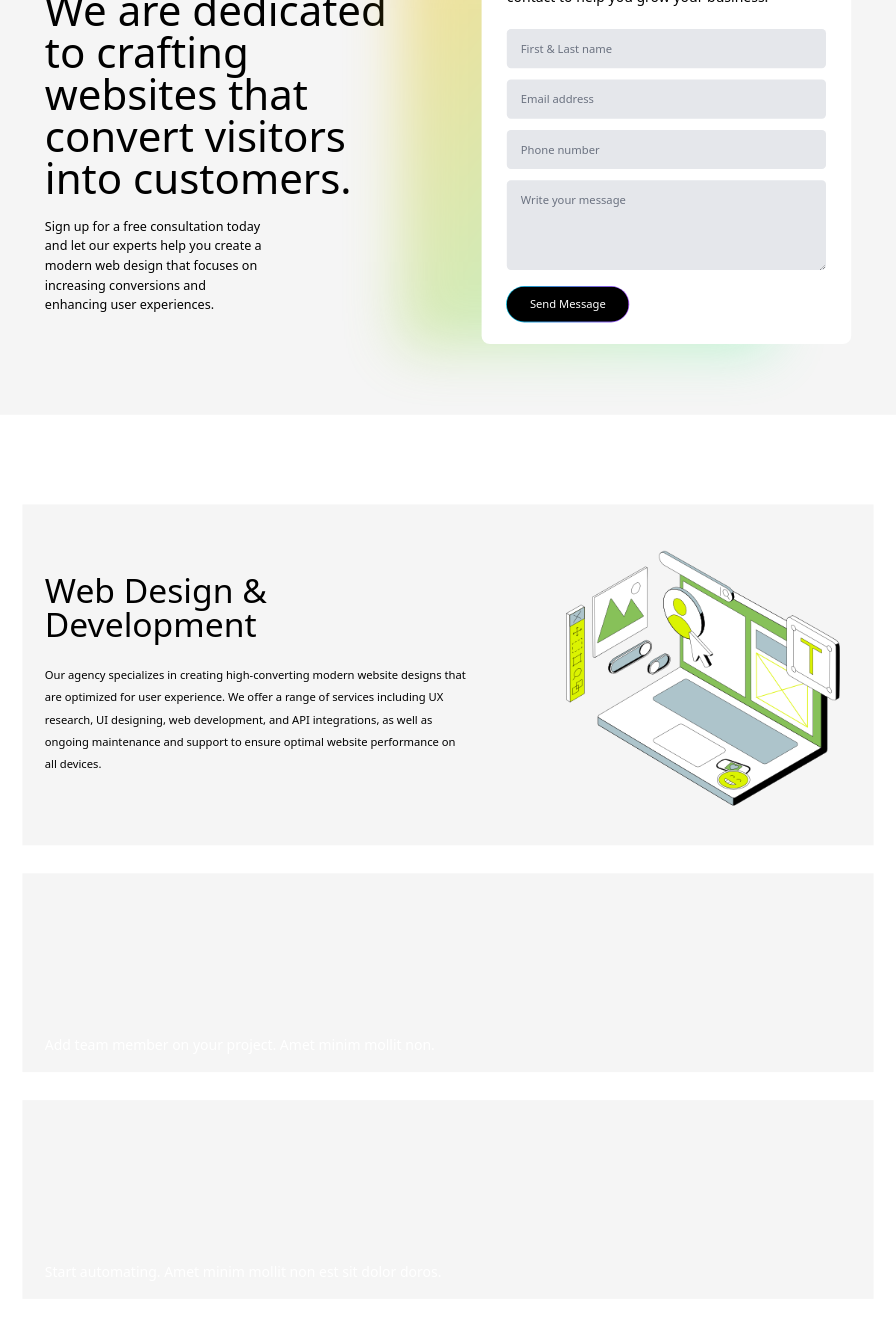
Repository: ornelasedward/mired_website
Page: /
An editor plug-in stored every save of this project. The page is shown before and after the next save, followed by the edit.
The browser window is 1280 px wide. The pictures show the part of the page from y = 1441 to 3361 px (the page is 3425 px tall), at 70% of full size.
The project was rebuilt for these pictures with package versions that can differ from the ones it lists, and the page was loaded fresh each time. The framework's server and built-in components were replaced by stand-ins that run in the browser. Also part of the build but not shown: next.config.js.

Above is the page before, as saved 2023-03-28 20:14:07.

After the next save:
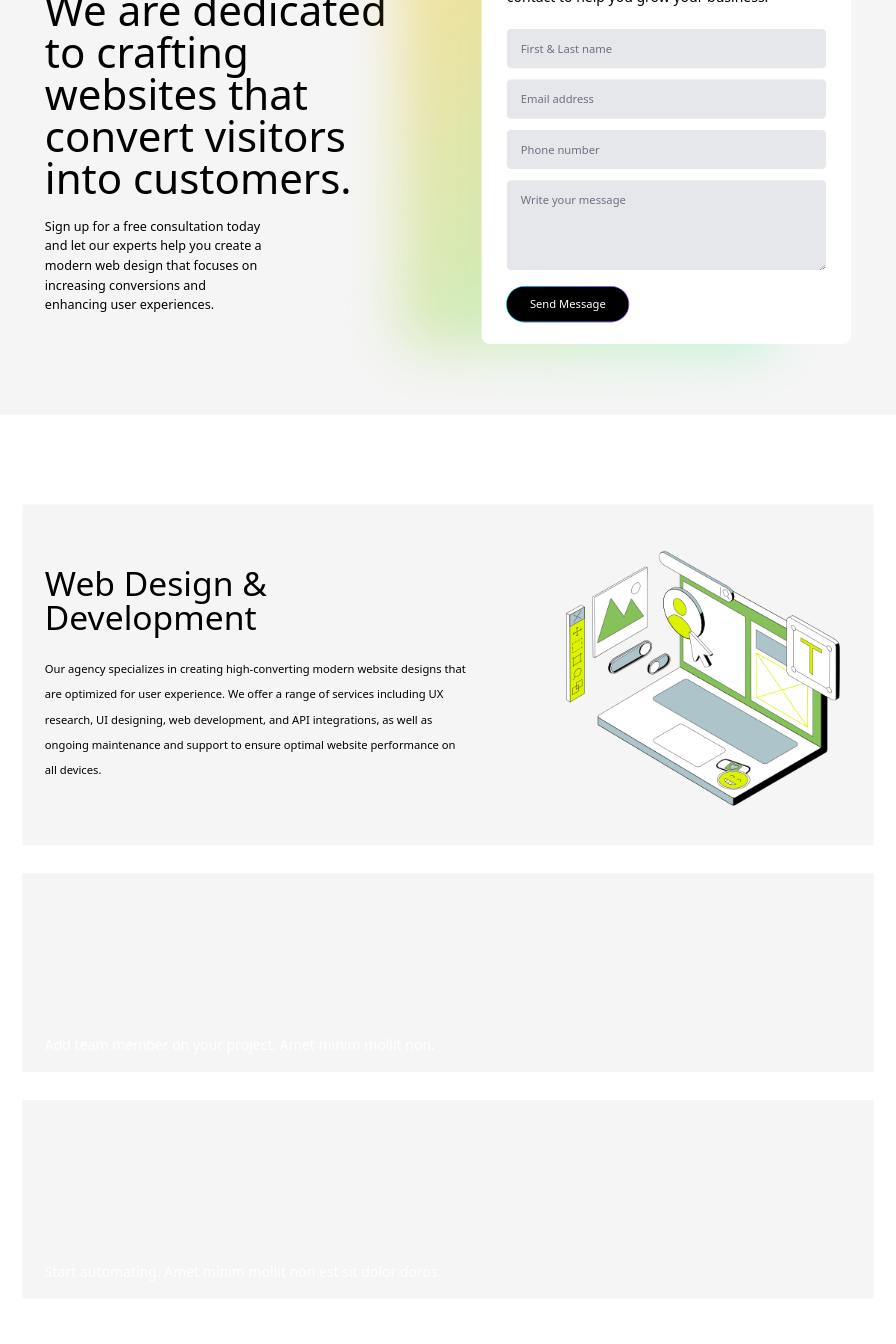
Saved 5 s later.
--- a/components/Services.tsx
+++ b/components/Services.tsx
@@ -13,7 +13,7 @@
                   <h1 className="lg:text-5xl text-4xl font-normal text-black">
                     Web Design & Development
                   </h1>
-                  <p className="text-md leading-8">
+                  <p className="text-md leading-9">
                     Our agency specializes in creating high-converting modern
                     website designs that are optimized for user experience. We
                     offer a range of services including UX research, UI
